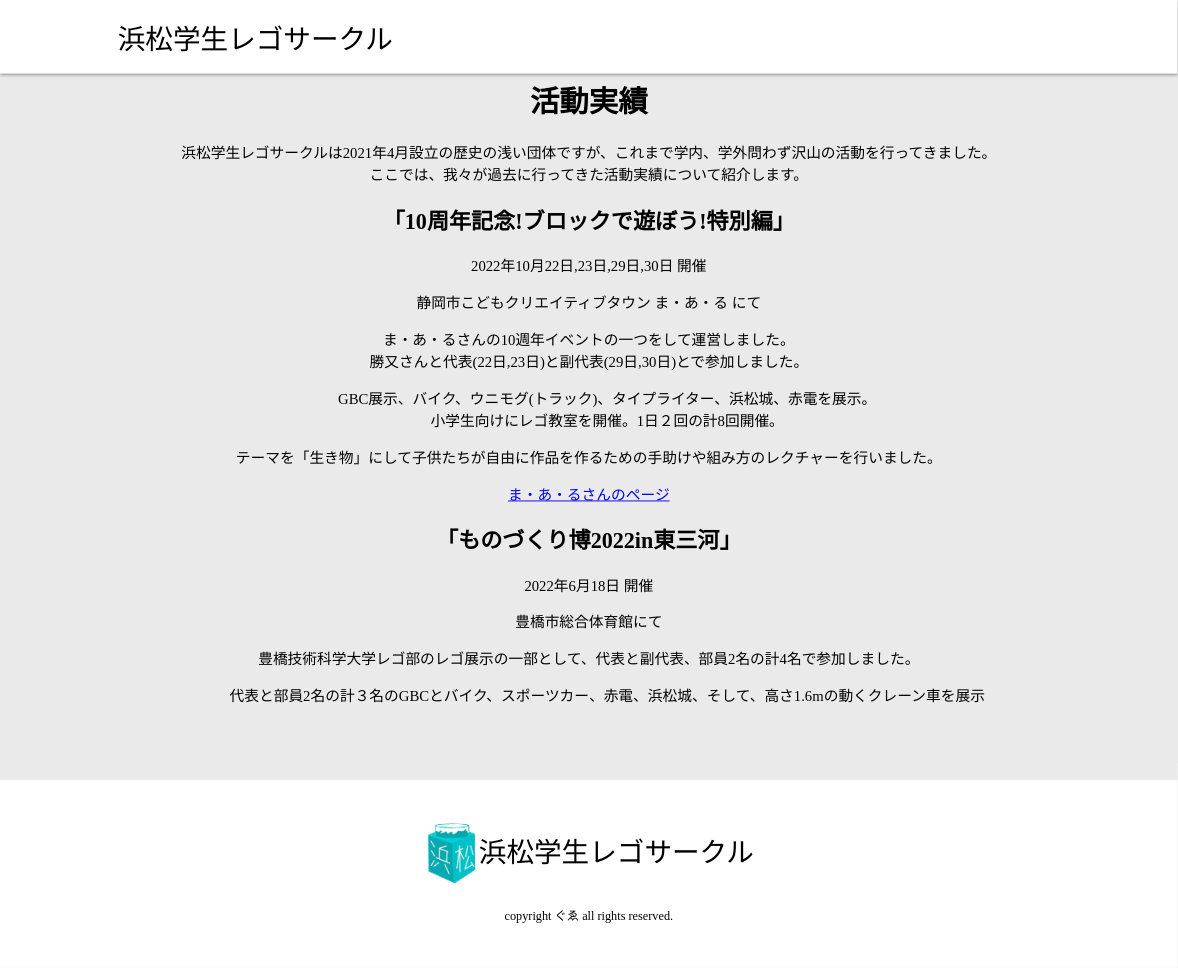
Repository: ghevp/LEGO-club
Page: http://localhost/?page=achievement
An editor plug-in stored every save of this project. The page is shown before and after the next save, followed by the edit.
The browser window is 1280 px wide. The pictures show the whole page, at 92% of full size.
Some web fonts or font styles are not loaded; a fallback is used. The page is run by PHP 8.4 with error messages shown; the project is at /var/www/html/.

Above is the page before, as saved 2022-11-11 15:29:34.

### index.php
<!DOCTYPE html>
<html lang="ja">
<?php
    if(isset($_GET['page'])){
     $page=$_GET['page'];
    };
     if(isset($page)){


     }else{
                   $page="home";
     };
     $title = array('home' => "ホーム",
     'kainokoushiki' => "解の公式",
     'enword'=>"英語",
    'policy' => "ポリシー",
    'achievement' => "活動実績"
    );

     $c=0;
     $x=0;
     $y=0;
     $t=0;
?>
<head>
    <script async src="https://pagead2.googlesyndication.com/pagead/js/adsbygoogle.js?client=ca-pub-6911517647778874"
     crossorigin="anonymous"></script>
        <meta charset="UTF-8">
       <!-- Global site tag (gtag.js) - Google Analytics -->

</script>
        <meta name="author" content="ぐゑ">
        <meta name="twitter:card" content="summary_large_image">
        <meta name="twitter:site" content="@ghevp">
        <meta property="og:url" content="https://shizudailego.com">
        <meta property="og:title" content="浜松学生レゴサークル">
        <meta name="og:description" content="浜松を中心に活動している学生主体のレゴサークルです！！">
        <link rel="preconnect" href="https://fonts.googleapis.com">
        <link rel="preconnect" href="https://fonts.gstatic.com" crossorigin>
        <link href="https://fonts.googleapis.com/css2?family=Noto+Serif+JP:wght@500&family=Shippori+Mincho+B1:wght@800&family=Yuji+Syuku&display=swap" rel="stylesheet">
        <link rel="icon" href="img/favicon.ico" type="image/x-icon">
        <meta name="viewport" content="width=device-width,initial-scale=1.0,minimum-scale=1.0">
        <link rel="preconnect" href="https://fonts.googleapis.com">
        <link rel="preconnect" href="https://fonts.gstatic.com" crossorigin>
        <link href="https://fonts.googleapis.com/css2?family=M+PLUS+Rounded+1c&display=swap" rel="stylesheet">
        <meta name="viewport" content="width=device-width,initial-scale=1.0,minimum-scale=1.0">
        <link rel="preconnect" href="https://fonts.googleapis.com">
<link rel="preconnect" href="https://fonts.gstatic.com" crossorigin>
<link href="https://fonts.googleapis.com/css2?family=Kosugi&display=swap" rel="stylesheet">
        <link rel="stylesheet" href="css/style.css"><!--後でphpのif文の作成-->
        <title>
        <?php
      if (isset($title) == "") {
        echo "浜松学生レゴサークル";
    } else {
        echo "" . $title[$page] . " - 浜松学生レゴサークル";
    }
   ?>
        </title>

    <body style="margin: 0;">
        <?php


            include('page/'.$page.".php");




    ?>
     <header class="header">
        <div class="header_inner">

            <a href="?page=home">浜松学生レゴサークル</a>
        </div>
     </header>
     <footer class="footer">
        <div class="footer_inner">
        <img src="img/logo.png">
        <a href="?page=home">浜松学生レゴサークル</a>
        </div>
        <div class="copyright">
    <p><small>copyright <a href="https://ghevp.com">ぐゑ</a> all rights reserved.</small></p>
        </div>
    </footer>
    </body>

### page/achievement.php
<main class="main">
    <div class="achievement">
    <h1>活動実績</h1>
    <p>浜松学生レゴサークルは2021年4月設立の歴史の浅い団体ですが、これまで学内、学外問わず沢山の活動を行ってきました。<br>
    ここでは、我々が過去に行ってきた活動実績について紹介します。</p>
    <div class="one_of_achievement">
    <h2>「10周年記念!ブロックで遊ぼう!特別編」</h2>
    <p class="date">2022年10月22日,23日,29日,30日 開催</p>
    <p>静岡市こどもクリエイティブタウン ま・あ・る にて</p>
    <p>ま・あ・るさんの10週年イベントの一つをして運営しました。<br>
    勝又さんと代表(22日,23日)と副代表(29日,30日)とで参加しました。<br>
    <ul>
    <li>GBC展示、バイク、ウニモグ(トラック)、タイプライター、浜松城、赤電を展示。</li>
    <li>小学生向けにレゴ教室を開催。1日２回の計8回開催。</li>
    </ul>
    テーマを「生き物」にして子供たちが自由に作品を作るための手助けや組み方のレクチャーを行いました。
    </p>
    <a href="https://maaru-ct.jp/report/155443/?s=06">ま・あ・るさんのページ</a>
    </div>
    <div class="one_of_achievement">
    <h2>「ものづくり博2022in東三河」</h2>
    <p class="date">2022年6月18日 開催</p>
    <p>豊橋市総合体育館にて</p>
    <p>豊橋技術科学大学レゴ部のレゴ展示の一部として、代表と副代表、部員2名の計4名で参加しました。<br>
    <ul>
    <li>代表と部員2名の計３名のGBCとバイク、スポーツカー、赤電、浜松城、そして、高さ1.6mの動くクレーン車を展示</li>

    </ul>


    </p>

    </div>
    </div>
</main>

### css/style.css
.container {
    padding: 0 2rem;
  }
  .header{
    position: fixed;
    top:0;
    left: 0;
    right: 0;
    height: 80px;
    background-color: white;
    z-index: 10;
    box-shadow: 0 2px 4px gray;
  }
  .policy{
    position: absolute;
    flex:3;
  }

  .policy h1{
    font-family: 'Yuji Syuku', serif;
    font-size: 100px;
    color: rgb(255, 255, 255);
    text-shadow: 1px 1px 10px black;
    padding-bottom: 200px;
  }
  @media (min-width: 1500px) {
  .policy h1 {
      font-size: 150px;
    }
  }
  @media (max-width: 900px) {
    .policy h1 {
        font-size: 50px;
      }
    }
 .achievement p{
  text-align: center;
 }
 .achievement{
  text-align: center;
 }
 .achievement h1{
  text-align: center;
 }
 .achievement li{
  list-style: none;
 }
  .header_inner{
    padding-left: 10%;
    padding-right: 10%;
    height: 100%;
    position: relative;
    display: flex;
    justify-content: space-between;
    align-items: center;

  }
  .header_inner a{
    text-decoration: none;
    color:inherit;
    font-size: 30px;
    font-family: 'Shippori Mincho B1', serif;
  }

  .main h2{
    text-align: center;
  }

  .header_logo img{
    width: 80px;
    display: block;
  }
  .header_site_menu{

    position: absolute;
    top: 100%;
    right: 0;
    left: 80%;
    color: whitesmoke;
    padding-top: 50px;
    background-color: #0070f3;
    padding-bottom: 100%;
    display: none;

  }
  .site_menu{
    align-items: center;

  }
  .site_menu ul{
    list-style: none;
    font-size: 20px;


  }
  .site_menu li{
    margin-top: 20px;
  }
  .site_menu a{

    color:inherit;
    text-decoration: none;
  }
  .button{
    display: block;
    width: 64px;
    height: 54px;
    background-image: url(https://github.com/ghevp/my-portfolio/blob/main/img/hbm.png?raw=true);
    background-size: 90%;
    background-position: center;
    background-repeat: no-repeat;
    background-color: transparent;
    border-radius:0;
    outline: none;
    border: none;
  }
  .header_site_menu.is-show{
    display: block;
  }
  .tell{
    position:inherit;
    width: 70%;
    max-width: 1000px;
  }
  .tell_include{
    display: flex;
    justify-content: space-between;

    align-items: center;

  }
  .tell_include img{
    width: 100%;
    display: block;
    border-radius: 20px;
    border:5px solid black;

  }

  .tell_include a{
    margin-left: 5%;
    margin-right: 5%;
  }
  .introduce{

  display: block;
   align-items: center;

  }
  .intro1{

    text-align: center;

  }
  .introduce ul{
    list-style: none;
    display: flex;
    justify-content: space-between;

  }
  .rinks ul{
    list-style: none;
    display: flex;
    justify-content: space-between;

  }
  .rinks a{
    text-align: center;
    font-size: 20px;
    width: 180px;
    height: 40px;
    color: #fafafa;
    border-radius: 15px;
    background-color:black
  }
  .introduce ul li{
    width: 30%;
    margin-left: 6%;
    margin-right: 6%;

  }
  .introduce_before{
    position:static;
    width: 65%;


  }
  .shizudai {
    font-size: 24px;

  }
  .introduce_before h1{
    text-align: center;
  }
  .details{
    text-align: center;

  }
  .details p{
    font-size: 18px;
  }
  .pin-main{
    flex: 2;
    position: relative;
  }
  .pic-main img{
    width: 100%;

  }
  .body{
    display: block;
    margin: 0;
  }
  .slider {
    width: 100%;

  　　overflow: hidden;
  　　margin: 0 auto;
   flex:2;

  }
  .slider-item {
    width: 100%;
    float: left;
  }
  img{
    width:100%;
  }
  .slider-inner {
    width: 300%;
    animation: slider 15s infinite ease;
    display: flex;
  }

  @keyframes slider {
    0% {
    transform: translateX(0);
    }
    15% {
    transform: translateX(-33.3%);
    }
    33% {
      transform: translateX(-33.3%);
      }
    48% {
    transform: translateX(-66.6%);
    }
    66% {
      transform: translateX(-66.6%);
      }
    81% {
      transform: translateX(0);
      }
    100% {
    transform: translateX(0);
    }
  }
  .main {
    min-height: 70vh;
    padding: 4rem 0;
    flex: 1;
    display: flex;
    flex-direction: column;
    justify-content: center;
    align-items: center;
    background-color: #eaeaea;
  }

  .footer {
    display: flex;
    flex-direction: column;
    padding: 2rem 0;
    border-top: 1px solid #eaeaea;
    justify-content: center;
    align-items: center;
    flex-grow: 1;
  }
  .footer img{
    width:60px;
  }
  .footer_inner{
    display:flex;
    align-items: center;
  }
  .footer_inner a{
    font-size: 30px;
    text-decoration: none;
    color: black;
    font-family: 'Shippori Mincho B1', serif;
  }
  .footer a{
    text-decoration: none;
    color: black;
  }


  .title a {
    color: #0070f3;
    text-decoration: none;
  }

  .title a:hover,
  .title a:focus,
  .title a:active {
    text-decoration: underline;
  }

  .title {
    margin: 0;
    margin-top: 80px;
    line-height: 1.15;
    font-size: 4rem;
  }

  .title,
  .description {
    text-align: center;
  }

  .description {
    margin: 4rem 0;
    line-height: 1.5;
    font-size: 1.5rem;
  }

  .code {
    background: #fafafa;
    border-radius: 5px;
    padding: 0.75rem;
    font-size: 1.1rem;
    font-family: Menlo, Monaco, Lucida Console, Liberation Mono, DejaVu Sans Mono,
      Bitstream Vera Sans Mono, Courier New, monospace;
  }

  .grid {
    display: flex;
    align-items: center;
    justify-content: center;
    flex-wrap: wrap;
    max-width: 800px;
  }

  .card {
    margin: 1rem;
    padding: 1.5rem;
    text-align: left;
    color: inherit;
    text-decoration: none;
    border: 1px solid #eaeaea;
    border-radius: 10px;
    transition: color 0.15s ease, border-color 0.15s ease;
    max-width: 300px;
  }

  .card:hover,
  .card:focus,
  .card:active {
    color: #0070f3;
    border-color: #0070f3;
  }

  .card h2 {
    margin: 0 0 1rem 0;
    font-size: 1.5rem;
  }

  .card p {
    margin: 0;
    font-size: 1.25rem;
    line-height: 1.5;
  }

  .logo {
    height: 1em;
    margin-left: 0.5rem;
  }

  @media (max-width: 600px) {
    .grid {
      width: 100%;
      flex-direction: column;
    }
  }

After the next save:
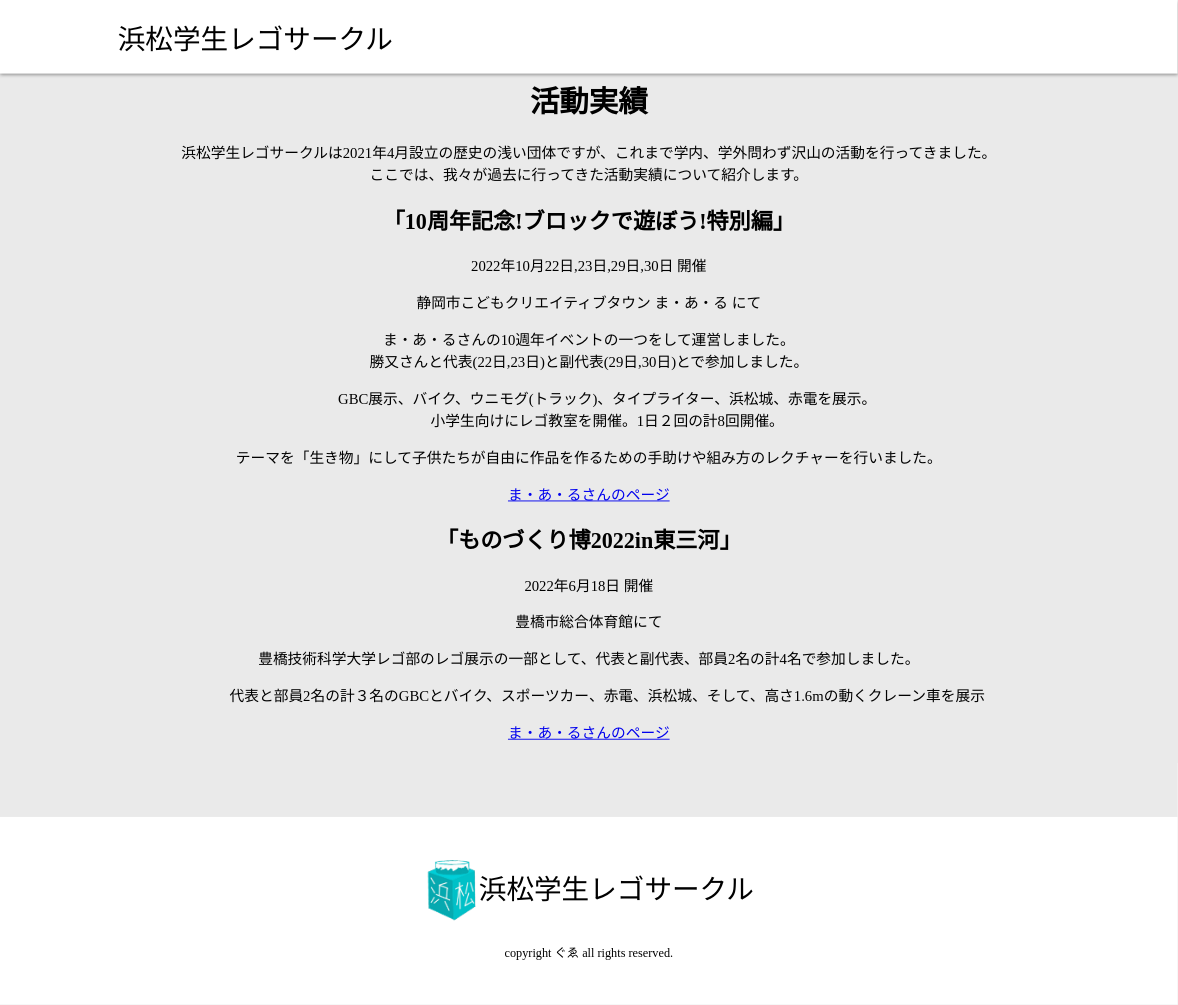
Saved 13 s later.
--- a/page/achievement.php
+++ b/page/achievement.php
@@ -27,7 +27,7 @@
 
     </ul>
 
-
+    <a href="https://maaru-ct.jp/report/155443/?s=06">ま・あ・るさんのページ</a>
     </p>
 
     </div>
